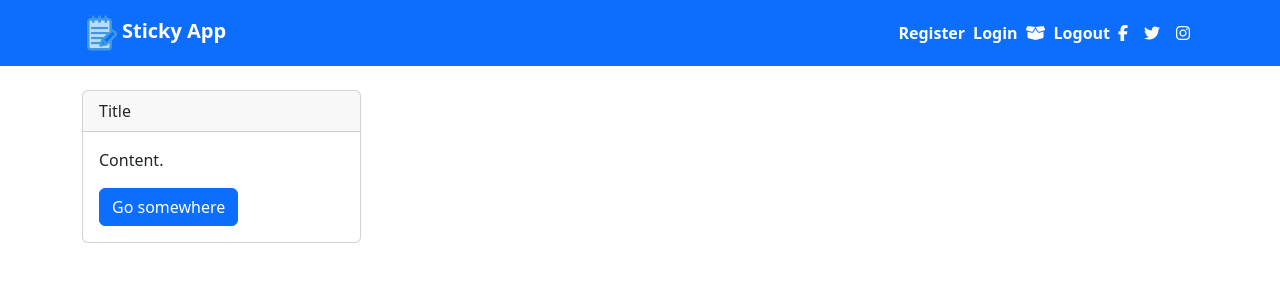
Repository: Mennaaymangalal/Sticky-App
Page: /note
An editor plug-in stored every save of this project. The page is shown before and after a run of saves, followed by the edit.
The browser window is 1280 px wide. The pictures show the whole page.
The project was rebuilt for these pictures with package versions that can differ from the ones it lists, and the page was loaded fresh each time. Also part of the build but not shown: vite.config.js, src/Pages/Home/Home.jsx, src/Pages/Login/Login.jsx, src/Pages/NotFound/NotFound.jsx, src/Pages/SignUp/SignUp.jsx.

Above is the page before, as saved 2025-04-04 15:48:17.

### src/main.jsx
import { StrictMode } from 'react'
import { createRoot } from 'react-dom/client'
import App from './App.jsx'
import 'bootstrap/dist/css/bootstrap.min.css';
import '@fortawesome/fontawesome-free/css/all.min.css'

createRoot(document.getElementById('root')).render(
  <StrictMode>
    <App />
  </StrictMode>,
)

### src/App.jsx
import { createBrowserRouter, RouterProvider } from 'react-router-dom';
import MainLayout from './Layouts/MainLayout/MainLayout';
import Home from './Pages/Home/Home';
import Login from './Pages/Login/Login';
import NotFound from './Pages/NotFound/NotFound';
import Note from './Pages/Note/Note';
import AuthContextProvider from './Contexts/AuthContext/AuthContext';
import SignUp from './Pages/SignUp/SignUp';



function App() {
const router =  createBrowserRouter([
    {path:"" , element: <MainLayout/> , children:[
      {index:true , element:<Home/>},
      {path:"note" , element:<Note/>},
      {path:"login" , element:<Login/>},
      {path:"signup", element:<SignUp/>},
      {path:"*" , element:<NotFound/>},
    ]}
  ])

  return (
    <>
    <AuthContextProvider>
    <RouterProvider router={router}></RouterProvider>
    </AuthContextProvider>

    </>
  )
}

export default App

### src/Layouts/MainLayout/MainLayout.jsx
import React from 'react'
import NavbarCom from '../../Components/NavbarComp/NavbarCom'
import { Outlet } from 'react-router-dom'

export default function MainLayout() {
  return (
    <>
    <NavbarCom/>
    <div className="container">
    <Outlet/>
    </div>
    </>
  )
}

### src/Pages/Note/Note.jsx
import React from 'react'
import Button from 'react-bootstrap/Button';
import Card from 'react-bootstrap/Card';


export default function Note({notes}) {
  return (
    <>
     <div className="col-3 py-4">
     <Card>
      <Card.Header>Title</Card.Header>
      <Card.Body>
        <Card.Text>
         Content.
        </Card.Text>
        <Button variant="primary">Go somewhere</Button>
      </Card.Body>
    </Card>
     </div>
    </>
  )
}

### src/Contexts/AuthContext/AuthContext.jsx
import { createContext, useState } from "react";


 export const authContext = createContext()

 export default function AuthContextProvider({children}){

    const [IsLoggedIn , setIsLoggedIn] = useState(localStorage.getItem("token") != null)

    return <authContext.Provider value={{IsLoggedIn , setIsLoggedIn}}>
    {children}
    </authContext.Provider>
 }

### src/Components/NavbarComp/NavbarCom.jsx
import Container from 'react-bootstrap/Container';
import Nav from 'react-bootstrap/Nav';
import Navbar from 'react-bootstrap/Navbar';
import logo from '../../assets/notelogo.png'
import { NavLink } from 'react-router-dom';

export default function  NavbarCom() {
  return (
    // bg-body-tertiary
    <Navbar collapseOnSelect expand="lg" className="bg-primary">
      <Container>

        <Navbar.Brand className='text-white fw-bold' href="#home">
        <img src={logo} alt=""   style={{ width: '40px', height: '40px' }} />
          Sticky App
        </Navbar.Brand>
        <Navbar.Toggle aria-controls="responsive-navbar-nav"  />
        <Navbar.Collapse id="responsive-navbar-nav" >


          <Nav className="ms-auto d-flex gap-2">
          <NavLink to={'signup'} className=" text-white text-start text-decoration-none">
           <p className='mb-0 fw-semibold'>Register</p>
          </NavLink>
          <NavLink to={'login'} className=" text-white text-start text-decoration-none">
           <p className='mb-0 fw-semibold'>Login</p>
          </NavLink>
          <NavLink to={"note"}>
          <div className="text-start">
            <i className="fa-solid fa-box-open text-white mb-0"></i>
            </div>
          </NavLink>
          <NavLink to={'login'} className=" text-white text-start text-decoration-none">
           <p className='mb-0 fw-semibold'>Logout</p>
          </NavLink>
           </Nav>


          <Nav>
            <Nav.Link href="" className='d-flex gap-3'>
              <i className="fa-brands fa-facebook-f text-white"></i>
              <i className="fa-brands fa-twitter text-white"></i>
              <i className="fa-brands fa-instagram text-white"></i>
              </Nav.Link>
          </Nav>
        </Navbar.Collapse>
      </Container>
    </Navbar>
  );
}

Loaded but not shown: index.html (common file)

After the next 2 saves:
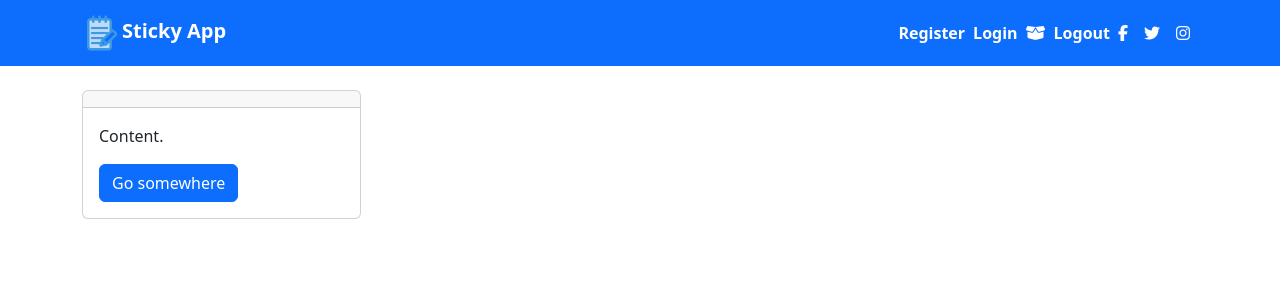
The 2 saves are shown as one change because they came seconds apart.
The last was saved 13 s later.
--- a/src/Pages/Note/Note.jsx
+++ b/src/Pages/Note/Note.jsx
@@ -8,7 +8,7 @@ export default function Note({notes}) {
     <>
      <div className="col-3 py-4">
      <Card>
-      <Card.Header>Title</Card.Header>
+      <Card.Header>{notes}</Card.Header>
       <Card.Body>
         <Card.Text>
          Content.
